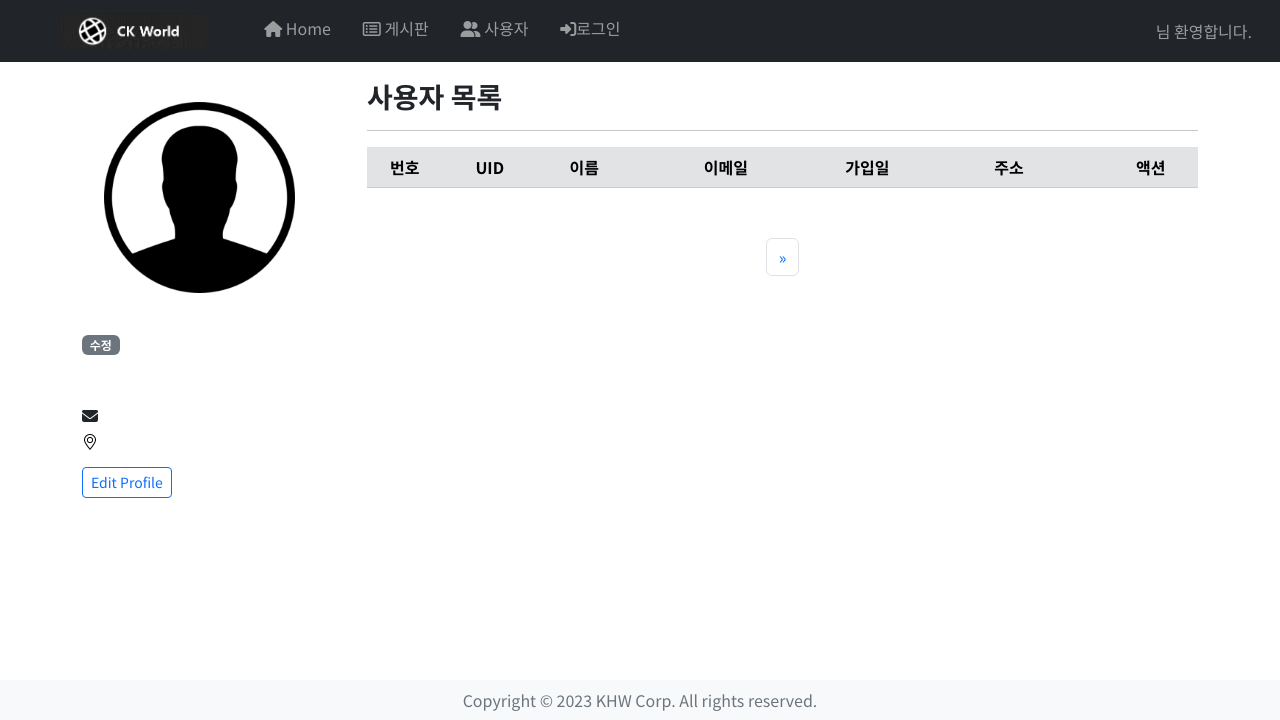
Repository: ssmpet/Spring-BBS-2023.07
Page: http://localhost/sbbs/WEB-INF/view/user/list.jsp
The author's editor kept a copy of each file at every save. The page is drawn from the files as they stood at one save, then again after the next save.
The browser window is 1280 px wide. The pictures show the whole page.
Some web fonts or font styles are not loaded; a fallback is used. Some web libraries are served in a nearby version. The page is served by Tomcat 9. Nobody is signed in. Other server files are loaded and not shown. The template is opened directly, without the code that normally fills it, so the values that code supplies are empty.

Above is the page before, as saved 2023-07-26 02:17:38.

### sbbs/src/main/webapp/WEB-INF/view/user/list.jsp
<%@ page language="java" contentType="text/html; charset=UTF-8" pageEncoding="UTF-8"%>
<%@ taglib prefix="c" uri="http://java.sun.com/jsp/jstl/core"%>

<!DOCTYPE html>
<html>
<head>
	<%@ include file="../common/head.jspf" %>
	<style>
		td { text-align: center;}
		.disabled-link { pointer-events: none;}
	</style>
</head>
<body>

	<%@ include file="../common/top.jspf" %>
 	<div class="container" style="margin-top: 80px;">
    	<div class="row">
			<%@ include file="../common/aside.jspf" %>
			<!-- ======================== main ==============================  -->
			<div class="col-sm-9">
				<h3><strong>사용자 목록</strong></h3>
				<hr>
				 <table class="table table-condensed table-hover text-center" style="margin-bottom: 50px;">
		            <tr class="table-secondary">
		                <th width="8%">번호</th>
		                <th width="10%">UID</th>
		                <th width="10%">이름</th>
		                <th width="20%">이메일</th>
		                <th width="10%">가입일</th>
		                <th width="20%">주소</th>
		                <th width="10%">액션</th>
		            </tr>
	            <c:forEach var="user" items="${userList}" varStatus="loop">
	            	<tr>
	            		<td>${loop.count}</td>
	            		<td>${user.uid}</td>
	            		<td>${user.uname}</td>
	            		<td>${user.email}</td>
	            		<td>${user.regDate}</td>
	            		<td>${user.addr}</td>
	            		<td>
	            			<%-- 본인만이 수정권한이 있음 --%>
	            			<c:if test="${uid eq user.uid}">
	            				<a href="/bbs/user/update?uid=${user.uid}"><i class="fas fa-user-edit"></i></a>
	            			</c:if>
	            			<c:if test="${uid ne user.uid}">
	            				<a href="#" class="disabled-link"><i class="fas fa-user-edit"></i></a>
	            			</c:if>
	            			<%-- 관리자만이 삭제권한이 있음 --%>
	            			<c:if test="${uid eq 'admin' }">
	            				<a href="/sbbs/user/delete?uid=${user.uid}"><i class="fas fa-user-minus ms-1"></i></a>
	            			</c:if>
	            			<c:if test="${uid ne 'admin' }">
	            				<a href="#" class="disabled-link"><i class="fas fa-user-minus ms-1"></i></a>
	            			</c:if>
	            		</td>
	            	</tr>
	            </c:forEach>
		        </table>
		         <%-- 페이지 네이션 --%>
		        <ul class="pagination justify-content-center">
		        <c:if test="${currentUserPage gt 10 }">
		        	<li class="page-item"><a class="page-link" href="/sbbs/user/list?page=${startPage-1}">&laquo; </a></li>
		        </c:if>
		        <c:if test="${currentUserPage le 10 }">
		          	<li class="page-item"><a class="page-link" href="#">&laquo; </a></li>
		        </c:if>

		        <c:forEach var="page" items="${pageList}">
		        	<li class="page-item ${(currentUserPage eq page) ? 'active' : ''}">
		        		<a class="page-link" href="/sbbs/user/list?page=${page}">${page}</a>
		        	</li>
				</c:forEach>

				<c:if test="${totalPages gt endPage }">
		        	<li class="page-item"><a class="page-link" href="/sbbs/user/list?page=${endPage+1}">  &raquo;</a></li>
		        </c:if>
		        <c:if test="${totalPages eq endPage }">
		        	<li class="page-item"><a class="page-link" href="#">  &raquo;</a></li>
		        </c:if>
		        </ul>

			</div>
		</div>
    </div>
	<%@ include file="../common/bottom.jspf" %>
</body>
</html>

### sbbs/src/main/webapp/WEB-INF/view/common/head.jspf
<%@ page language="java" contentType="text/html; charset=UTF-8" pageEncoding="UTF-8"%>
<%-- <head> 태그 내에 공통으로 들어갈 내용 --%>
<meta charset="UTF-8">
<meta name="viewport" content="width=device-width, initial-scale=1.0">
<title>Spring Boot BBS sample</title>
<link href="https://cdn.jsdelivr.net/npm/bootstrap@5.2.3/dist/css/bootstrap.min.css" rel="stylesheet">
<link href="https://fonts.googleapis.com/css2?family=Noto+Sans+KR&display=swap" rel="stylesheet">
<script src="https://cdn.jsdelivr.net/npm/bootstrap@5.2.3/dist/js/bootstrap.bundle.min.js"></script>
<script src="https://code.jquery.com/jquery-3.6.4.min.js" integrity="sha256-oP6HI9z1XaZNBrJURtCoUT5SUnxFr8s3BzRl+cbzUq8=" crossorigin="anonymous"></script>
<script src="https://kit.fontawesome.com/fbb7139956.js" crossorigin="anonymous"></script>
<link href="https://fonts.googleapis.com/css2?family=Dokdo&family=Gasoek+One&family=Noto+Sans+KR:wght@100;300;400;500;700;900&display=swap" rel="stylesheet">
<style>
	* { font-family: 'Noto Sans KR', sans-serif; }
	a { text-decoration: none; color: #0517b1;}
</style>
<script src="/sbbs/js/aside.js"></script>

### sbbs/src/main/webapp/WEB-INF/view/common/top.jspf
<%@ page language="java" contentType="text/html; charset=UTF-8" pageEncoding="UTF-8"%>
<%@ taglib prefix="c" uri="http://java.sun.com/jsp/jstl/core" %>

<%-- <body> 상단에 있는 navigation var --%>

<nav class="navbar navbar-expand-sm bg-dark navbar-dark fixed-top">
    <div class="container-fluid">
        <ul class="navbar-nav">
            <a class="navbar-brand ms-5 me-5" href="#">
                <img src="/sbbs/img/ckworld-logo.png" alt="Logo" style="height:36px;" class="rounded-3">
            </a>
            <li class="nav-item">
                <a class="nav-link" href="#"><i class="fa-solid fa-house"></i> Home</a>
            </li>
            <li class="nav-item ms-3">
                <a class="nav-link ${(menu eq 'board') ? 'active' : ''}" href="/bbs/board/list?p=1&f=&q="><i class="far fa-list-alt"></i> 게시판</a>
            </li>
            <li class="nav-item ms-3">
                <a class="nav-link  ${(menu eq 'user') ? 'active' : ''}" href="/bbs/user/list?page=1"><i class="fas fa-user-friends"></i> 사용자</a>
            </li>
            <li class="nav-item ms-3">
				<c:if test="${not empty uid}">
                	<a class="nav-link" href="/bbs/user/logout"><i class="fa-solid fa-right-from-bracket"></i> 로그아웃</a>
				</c:if>
				<c:if test="${ empty uid }">
                	<a class="nav-link" href="/bbs/user/login"><i class="fa-solid fa-right-to-bracket"></i>로그인</a>
				</c:if>
            </li>
            <%--c:if test="${uid eq 'admin' }">
            	<a class="nav-link" href="/bbs/board/testBoard">임시 게시판 등록</a>
            </c:if--%>
        </ul>
        <span class="navbar-text me-3">${uname}님 환영합니다.</span>
    </div>
</nav>

### sbbs/src/main/webapp/WEB-INF/view/common/aside.jspf
<%@ page language="java" contentType="text/html; charset=UTF-8" pageEncoding="UTF-8"%>
<%@ taglib prefix="c" uri="http://java.sun.com/jsp/jstl/core"%>
<%-- <body> 좌측에 있는 aside menu --%>

<div class="col-sm-3">
<c:if test="${ empty profile }">
    <img src="/sbbs/img/person.png" class="rounded-circle" alt="사용자 프로필" width="90%">
</c:if>
<c:if test="${ not empty profile }">
    <img src="/sbbs/file/profile?file=${profile}" class="rounded-circle" alt="사용자 프로필" width="90%">
</c:if>

    <%--p class="mt-3">피할수 없으면 즐겨라</p--%>
    <div class="mt-3">
    	<span id="stateMsg">${stateMsg}</span>
    	<a href="#" id="stateMsgBtn"><span class="badge bg-secondary">수정</span></a>
    </div>
    <div id="stateMsgInput" class="mt-2 d-none">
    	<input class="form-control form-control-sm" type="text" id="stateInput"
    		   onkeyup="if(window.event.keyCode==13) {changeStateMsg()}">
    	<a href="#" id="stateMsgSubmit"><span class="badge bg-primary">확인</span></a>
    </div>
    <div class="mt-5">
        <i class="fa fa-envelope me-2"></i><a href="#">${email}</a><br>
        <img src="/sbbs/img/addr.png" height="16" class="me-2">${addr}<br>
    </div>
    <button class="btn btn-sm btn-outline-primary mt-3">Edit Profile</button>
</div>

### sbbs/src/main/webapp/WEB-INF/view/common/bottom.jspf
<%@ page language="java" contentType="text/html; charset=UTF-8" pageEncoding="UTF-8"%>
<%-- <body> 하단에 있는 navigation var --%>

 <nav class="navbar navbar-expand-sm bg-light fixed-bottom">
     <div class="container-fluid justify-content-center text-muted">
         Copyright &copy; 2023 KHW Corp. All rights reserved.
     </div>
</nav>

### sbbs/src/main/resources/static/js/aside.js
/**
 * aside menu control을 위해 사용됨
 */

 $(document).ready(function() {

	$('#stateMsgBtn').click(function(e) {
		$('#stateMsgInput').attr({'class': 'mt-2'});
		$('#stateInput').attr({value: $('#stateMsg').text()});

	})
	$('#stateMsgSubmit').click(changeStateMsg);

 });

 function changeStateMsg() {

	 $('#stateMsgInput').attr({'class': 'mt-2 d-none'});
	 let stateInputVal = $('#stateInput').val();

	 $.ajax({
		 type: 'GET',
		 url: '/sbbs/aside/stateMsg',
		 data: {stateMsg: stateInputVal},
		 success: function(e) {
			 $('#stateMsg').html(stateInputVal);
		 }
	 });
}


function changeWeather() {

	let addr = $('#addr').text();

	$.ajax({
		type: 'GET',
		url: '/sbbs/aside/weather',
		data: {addr: addr},
		success: function(e) {
			$('#weather').html(e);
		}
	});
}

After the next save:
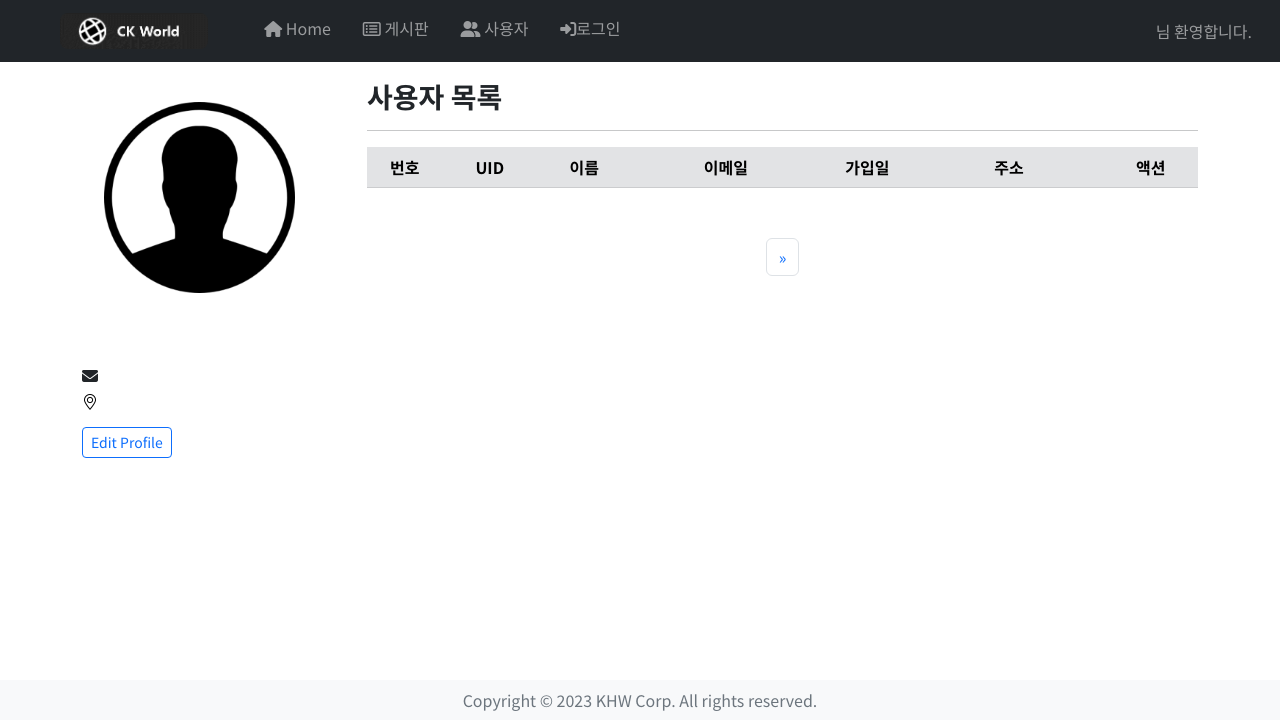
Saved 45 s later.
--- a/sbbs/src/main/webapp/WEB-INF/view/common/aside.jspf
+++ b/sbbs/src/main/webapp/WEB-INF/view/common/aside.jspf
@@ -11,7 +11,7 @@
 </c:if>
 
     <%--p class="mt-3">피할수 없으면 즐겨라</p--%>
-    <div class="mt-3">
+    <%--div class="mt-3">
     	<span id="stateMsg">${stateMsg}</span>
     	<a href="#" id="stateMsgBtn"><span class="badge bg-secondary">수정</span></a>
     </div>
@@ -19,7 +19,7 @@
     	<input class="form-control form-control-sm" type="text" id="stateInput"
     		   onkeyup="if(window.event.keyCode==13) {changeStateMsg()}">
     	<a href="#" id="stateMsgSubmit"><span class="badge bg-primary">확인</span></a>
-    </div>
+    </div--%>
     <div class="mt-5">
         <i class="fa fa-envelope me-2"></i><a href="#">${email}</a><br>
         <img src="/sbbs/img/addr.png" height="16" class="me-2">${addr}<br>
